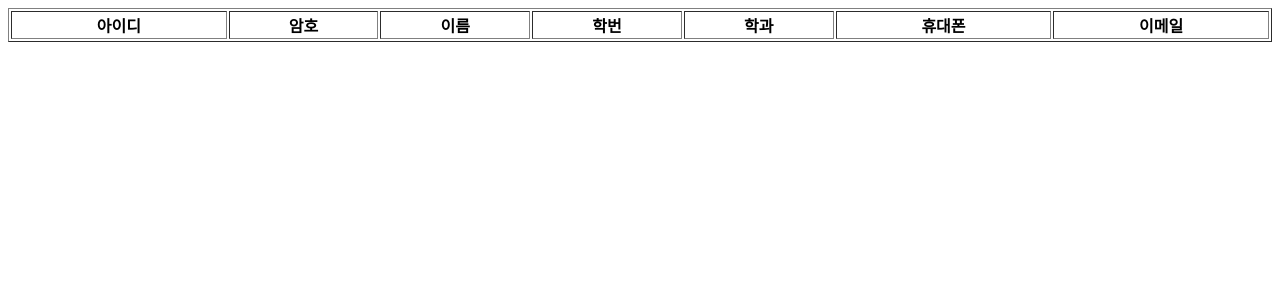
Repository: papav-hub/Web_Study
Page: http://localhost/jspbook/ch07/selectstudent.jsp
The author's editor kept a copy of each file at every save. The page is drawn from the files as they stood at one save, then again after the next save.
The browser window is 1280 px wide. The pictures show the whole page.
The page is served by Tomcat 9. Other server files are loaded and not shown. Queries for data that is not in the repository find no rows.

Above is the page before, as saved 2021-10-26 01:18:08.

### jspbook/src/main/webapp/ch07/selectstudent.jsp
<%@ page language="java" contentType="text/html; charset=UTF-8"
    pageEncoding="UTF-8"  import="java.sql.*" %>
<!DOCTYPE html>
<html>
<head>
<meta charset="UTF-8">
<title>select student</title>
</head>
<body>
<% request.setCharacterEncoding("UTF-8"); %>
<%
	Connection con = null;
	PreparedStatement pstmt = null;
	String jdbc_driver = "com.mysql.cj.jdbc.Driver";
	String jdbc_url = "jdbc:mysql://localhost/jspdb?allowPublickKeyRetrieval=true&useUnicode=true&characterEncoding=utf8&useSSL=false&serverTimezone=UTC";

	String sql = "select * from student where username like ?";
	String name = request.getParameter("username") + "%";
	int rowCount = 0;

	try{
		Class.forName(jdbc_driver);
		con = DriverManager.getConnection(jdbc_url, "jspbook", "passwd");
		pstmt = con.prepareStatement(sql);
		pstmt.setString(1, name);
		ResultSet result = pstmt.executeQuery();

%>

<table width=100% border=1 cellpadding=1>
	<tr>
		<td align=center><b>아이디</b></td>
		<td align=center><b>암호</b></td>
		<td align=center><b>이름</b></td>
		<td align=center><b>학번</b></td>
		<td align=center><b>학과</b></td>
		<td align=center><b>휴대폰</b></td>
		<td align=center><b>이메일</b></td>
	</tr>

<% while(result.next()){ %>

	<tr>
		<td align=center><%=result.getString(1) %></td>
		<td align=center><%=result.getString(2) %></td>
		<td align=center><%=result.getString(3) %></td>
		<td align=center><%=result.getString(4) %></td>
		<td align=center><%=result.getString(5) %></td>
		<td align=center><%=result.getString(6) %></td>
		<td align=center><%=result.getString(7) %></td>
	</tr>


<%
		rowCount++;
	}
	result.close();
}

	catch(Exception e){
		out.println("Mysql : student 테이블 조회에 문제가 있습니다. <HR>");
		out.println(e.toString());
		e.printStackTrace();
	}
	finally{

	}
%>

</table>





</body>
</html>

After the next save:
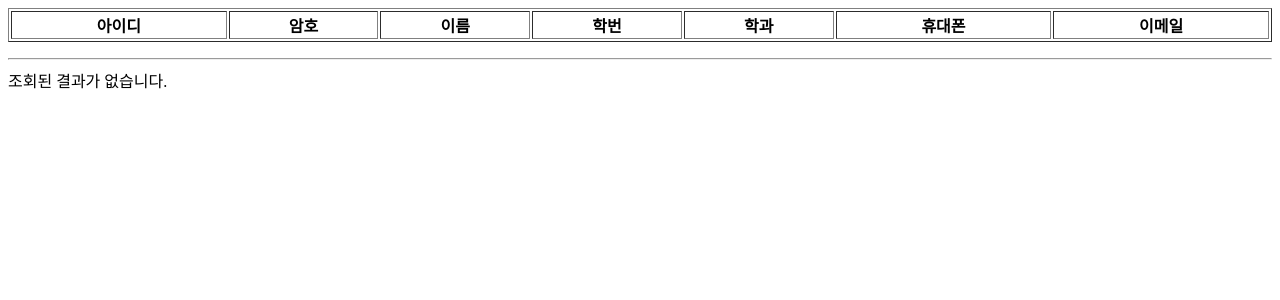
Saved 9 min 31 s later.
--- a/jspbook/src/main/webapp/ch07/selectstudent.jsp
+++ b/jspbook/src/main/webapp/ch07/selectstudent.jsp
@@ -63,11 +63,25 @@
 		e.printStackTrace();
 	}
 	finally{
-
+		if(pstmt != null) pstmt.close();
+		if(con != null) con.close();
 	}
 %>
 
 </table>
+
+
+<p><hr>
+<front color=blue>
+<%
+	if(rowCount == 0){
+		out.println("조회된 결과가 없습니다.");
+	}
+	else{
+		out.println("조회된 결과가 " + rowCount + "건 입니다.");
+	}
+%>
+</front>
 
 
 
